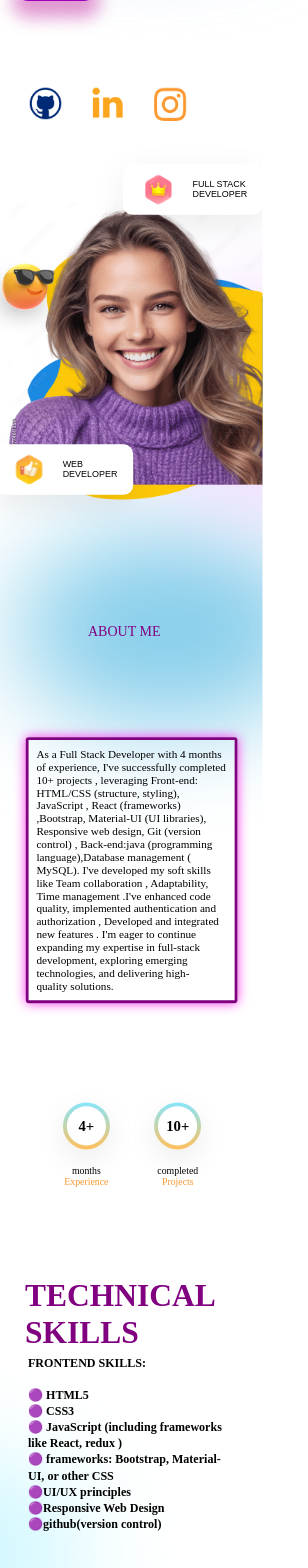
Repository: glorysandy/Protfolio
Page: /
An editor plug-in stored every save of this project. The page is shown before and after a run of saves, followed by the edit.
The browser window is 375 px wide. The page is 440 px wide, so the pictures cover 440 px, including what lies to the right of the window. The pictures show the part of the page from y = 571 to 2811 px (the page is 7403 px tall before and 7463 px after), at 70% of full size.
Some web fonts or font styles are not loaded; a fallback is used. The project was rebuilt for these pictures with package versions that can differ from the ones it lists, and the page was loaded fresh each time. Imported but missing from the stored project, and not drawn on this page: src/components/Services/SANDHIYA.P (RESUME).pdf.

Above is the page before, as saved 2024-10-17 16:12:28.

After the next 2 saves:
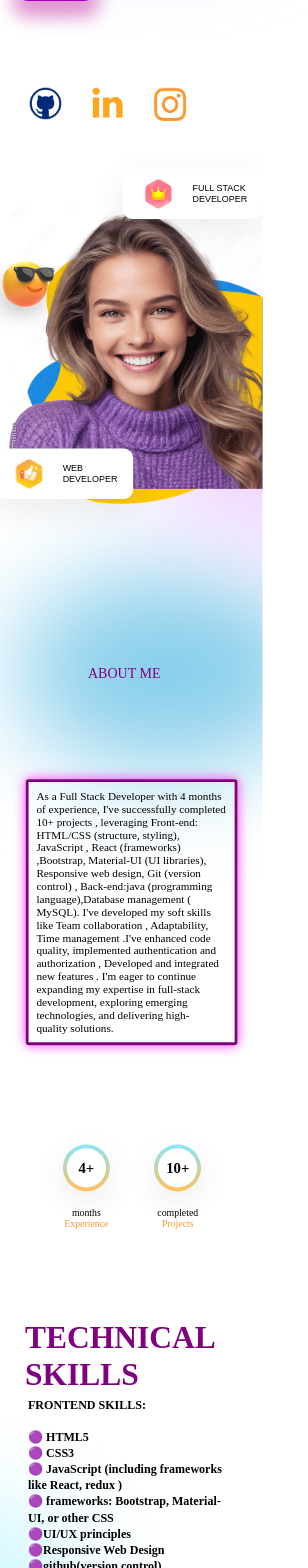
The 2 saves are shown as one change because they came seconds apart.
The last was saved 19 s later.
--- a/src/components/Intro/Intro.css
+++ b/src/components/Intro/Intro.css
@@ -112,7 +112,7 @@
   .Intro {
     flex-direction: column;
     gap: 7rem;
-    height: 40rem;
+    height: 43rem;
   }
 
   .i-right {
